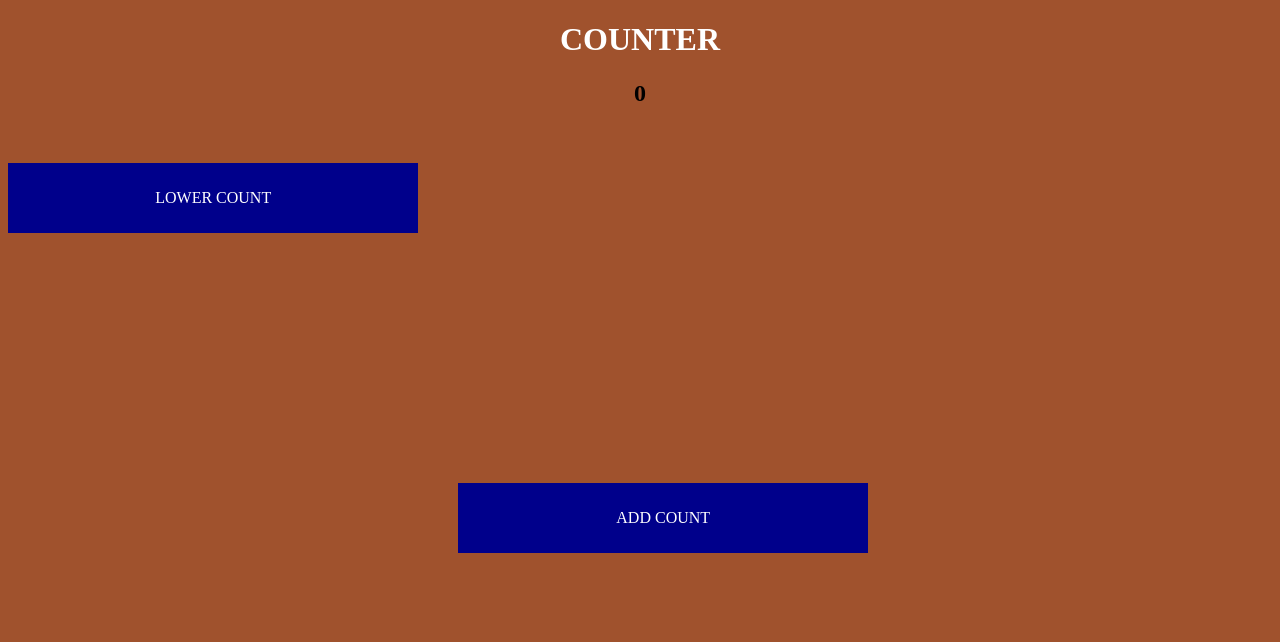
Repository: Seryozha02/Calculator
Page: calculator.html
The author's editor kept a copy of each file at every save. The page is drawn from the files as they stood at one save, then again after the next save.
The browser window is 1280 px wide. The pictures show the whole page.

Above is the page before, as saved 2022-02-14 17:03:16.

After the next save:
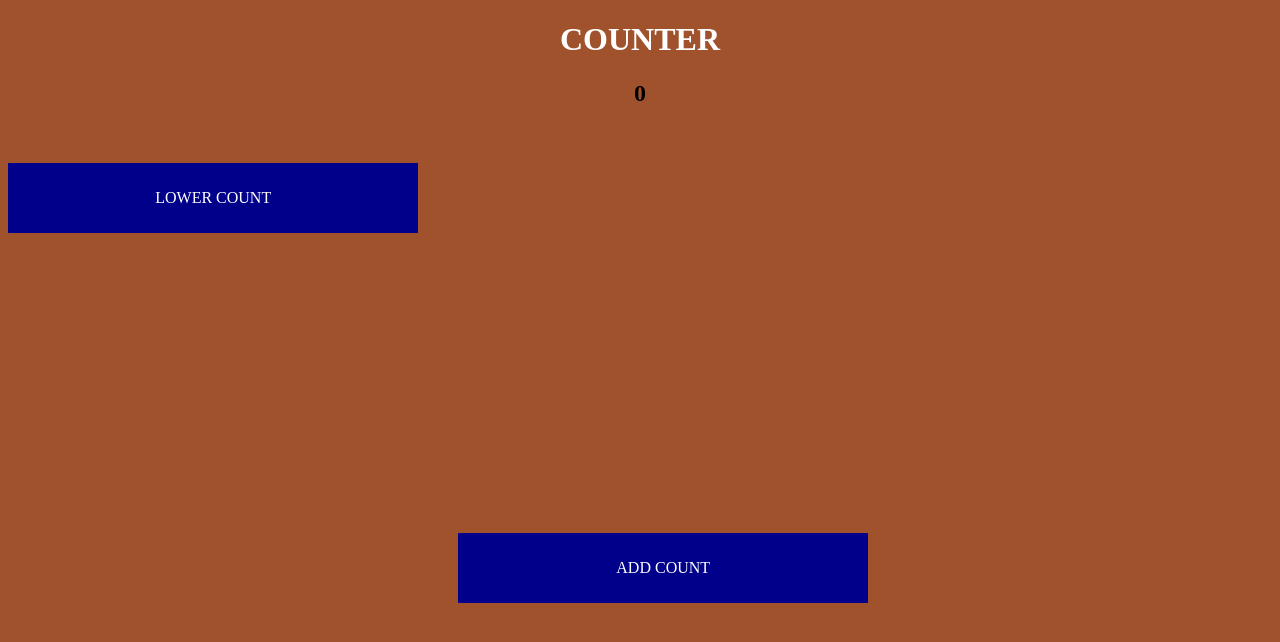
Saved 6 s later.
--- a/calculator.css
+++ b/calculator.css
@@ -39,7 +39,7 @@ body {
     width: 33%;
     padding: 0 5px;
     margin-left: 450px;
-    margin-top: 250px;
+    margin-top: 300px;
 }
 
 .row {
